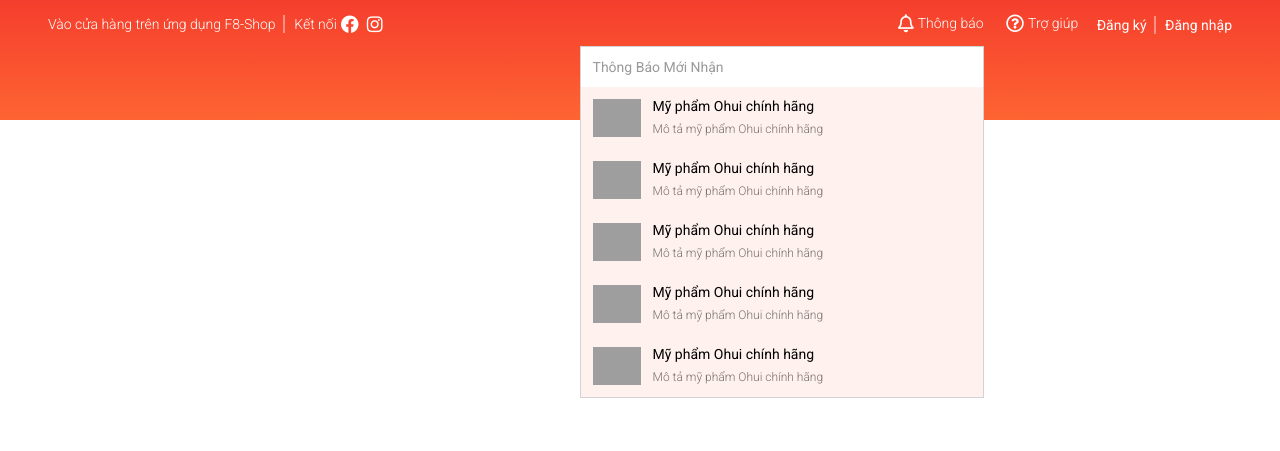
Repository: vanntrong/F8-Shop
Page: index.html
An editor plug-in stored every save of this project. The page is shown before and after the next save, followed by the edit.
The browser window is 1280 px wide. The pictures show the whole page.
Pictures or frames that could not be fetched are drawn as grey boxes.

Above is the page before, as saved 2021-09-01 18:28:51.

### index.html
<!DOCTYPE html>
<html lang="en">
  <head>
    <meta charset="UTF-8" />
    <meta http-equiv="X-UA-Compatible" content="IE=edge" />
    <meta name="viewport" content="width=device-width, initial-scale=1.0" />
    <title>Document</title>
    <link rel="stylesheet" href="./assets/css/reset.css" />
    <link rel="stylesheet" href="./assets/css/base.css" />
    <link rel="stylesheet" href="./assets/css/main.css" />
    <link href="https://fonts.googleapis.com/css2?family=Roboto:wght@300;400;500;700&display=swap" rel="stylesheet" />
    <link
      rel="stylesheet"
      href="./assets/fonts/fontawesome-free-5.15.4-web/fontawesome-free-5.15.4-web/css/all.min.css"
    />
  </head>
  <body>
    <div class="app">
      <header class="header">
        <div class="grid">
          <nav class="header__navbar">
            <ul class="header__navbar-list">
              <li class="header__navbar-item header__navbar-item--has-qr header__navbar-item--separate">
                Vào cửa hàng trên ứng dụng F8-Shop
                <div class="header__qr">
                  <img src="./assets/img/QR_code.png" alt="QR code" class="header__qr-img" />
                  <div class="header__qr-apps">
                    <a href="" class="header__qr-link">
                      <img src="./assets/img/google_play.png" alt="GooglePlay" class="header__qr-download-img" />
                    </a>
                    <a href="" class="header__qr-link">
                      <img src="./assets/img/app_store.png" alt="AppStore" class="header__qr-download-img" />
                    </a>
                  </div>
                </div>
              </li>
              <li class="header__navbar-item">
                <span class="header__navbar-item--no-pointer"> Kết nối </span>
                <a href="#" class="header__navbar-icon-link">
                  <i class="header__navbar-icon fab fa-facebook"></i>
                </a>
                <a href="#" class="header__navbar-icon-link">
                  <i class="header__navbar-icon fab fab fa-instagram"></i>
                </a>
              </li>
            </ul>

            <ul class="header__navbar-list">
              <li class="header__navbar-item">
                <a href="#" class="header__navbar-item-link">
                  <i class="header__navbar-icon far fa-bell"></i>
                  Thông báo
                </a>
                <div class="header__notify">
                  <header class="header__notify-header">
                    <h3>Thông Báo Mới Nhận</h3>
                  </header>
                  <ul class="header__notify-list">
                    <li class="header__notify-item header__notify-item--viewed">
                      <a href="#" class="header__notify-link">
                        <img
                          src="https://cf.shopee.vn/file/70488a103a5ecdbf5889822acd19ef14"
                          alt=""
                          class="header__notify-img"
                        />
                        <div class="header__notify-info">
                          <span class="header__notify-name"> Mỹ phẩm Ohui chính hãng </span>
                          <span class="header__notify-desc"> Mô tả mỹ phẩm Ohui chính hãng </span>
                        </div>
                      </a>
                    </li>
                    <li class="header__notify-item header__notify-item--viewed">
                      <a href="#" class="header__notify-link">
                        <img
                          src="https://cf.shopee.vn/file/70488a103a5ecdbf5889822acd19ef14"
                          alt=""
                          class="header__notify-img"
                        />
                        <div class="header__notify-info">
                          <span class="header__notify-name"> Mỹ phẩm Ohui chính hãng </span>
                          <span class="header__notify-desc"> Mô tả mỹ phẩm Ohui chính hãng </span>
                        </div>
                      </a>
                    </li>
                    <li class="header__notify-item header__notify-item--viewed">
                      <a href="#" class="header__notify-link">
                        <img
                          src="https://cf.shopee.vn/file/70488a103a5ecdbf5889822acd19ef14"
                          alt=""
                          class="header__notify-img"
                        />
                        <div class="header__notify-info">
                          <span class="header__notify-name"> Mỹ phẩm Ohui chính hãng </span>
                          <span class="header__notify-desc"> Mô tả mỹ phẩm Ohui chính hãng </span>
                        </div>
                      </a>
                    </li>
                    <li class="header__notify-item header__notify-item--viewed">
                      <a href="#" class="header__notify-link">
                        <img
                          src="https://cf.shopee.vn/file/70488a103a5ecdbf5889822acd19ef14"
                          alt=""
                          class="header__notify-img"
                        />
                        <div class="header__notify-info">
                          <span class="header__notify-name"> Mỹ phẩm Ohui chính hãng </span>
                          <span class="header__notify-desc"> Mô tả mỹ phẩm Ohui chính hãng </span>
                        </div>
                      </a>
                    </li>
                    <li class="header__notify-item header__notify-item--viewed">
                      <a href="#" class="header__notify-link">
                        <img
                          src="https://cf.shopee.vn/file/70488a103a5ecdbf5889822acd19ef14"
                          alt=""
                          class="header__notify-img"
                        />
                        <div class="header__notify-info">
                          <span class="header__notify-name"> Mỹ phẩm Ohui chính hãng </span>
                          <span class="header__notify-desc"> Mô tả mỹ phẩm Ohui chính hãng </span>
                        </div>
                      </a>
                    </li>
                  </ul>
                </div>
              </li>
              <li class="header__navbar-item">
                <a href="#" class="header__navbar-item-link">
                  <i class="header__navbar-icon far fa-question-circle"></i>
                  Trợ giúp
                </a>
              </li>
              <li class="header__navbar-item header__navbar-item--strong header__navbar-item--separate">Đăng ký</li>
              <li class="header__navbar-item header__navbar-item--strong">Đăng nhập</li>
            </ul>
          </nav>
        </div>
      </header>

      <div class="container"></div>

      <footer class="footer"></footer>
    </div>
  </body>
</html>

### assets/css/base.css
:root {
  --white-color: #fff;
  --black-color: #000;
  --text-color: #333;
  --primary-color: #ee4d2d;
}

* {
  box-sizing: inherit;
}

html {
  font-size: 62.5%;
  line-height: 1.6rem;
  font-family: "Roboto", sans-serif;
  box-sizing: border-box;
}

.grid {
  width: 1200px;
  max-width: 100%;
  margin: 0 auto;
}

.grid__full-width {
  width: 100%;
}

.grid__row {
  display: flex;
  flex-wrap: wrap;
}

/* animation */
@keyframes faceIn {
  from {
    opacity: 0;
  }
  to {
    opacity: 1;
  }
}

### assets/css/main.css
.header {
  height: 12rem;
  background-image: linear-gradient(0, #fe6432, #f53e2d);
}

.header__navbar {
  display: flex;
  align-items: center;
  justify-content: space-between;
}

.header__navbar-list {
  list-style: none;
}

.header__navbar-item {
  min-height: 2.6rem;
  margin: 1rem 0.8rem 0;
  position: relative;
}

.header__navbar-item,
.header__navbar-item-link {
  display: inline-block;
  font-size: 1.4rem;
  color: var(--white-color);
  text-decoration: none;
  font-weight: 300;
}

.header__navbar-item,
.header__navbar-item-link,
.header__navbar-icon-link {
  display: inline-flex;
  align-items: center;
}

.header__navbar-item:hover,
.header__navbar-icon-link:hover,
.header__navbar-item-link:hover {
  cursor: pointer;
  color: rgba(255, 255, 255, 0.7);
}

.header__navbar-item--strong {
  font-weight: 400;
}

.header__navbar-item--separate::after {
  content: "";
  display: block;
  position: absolute;
  border: 1px solid #fb9086;
  height: 1.6rem;
  right: -0.9rem;
  top: 50%;
  transform: translateY(-50%);
}

.header__navbar-icon-link {
  color: var(--white-color);
  text-decoration: none;
}

.header__navbar-icon {
  font-size: 1.8rem;
  margin: 0 0.4rem;
}

.header__navbar-item--no-pointer {
  cursor: text;
  color: var(--white-color);
}

/* header QR code */
.header__qr {
  width: 18.6rem;
  background-color: var(--white-color);
  position: absolute;
  left: 0;
  top: 140%;
  border-radius: 2px;
  display: none;
  animation: faceIn ease-in 0.25s;
}

.header__qr::before {
  position: absolute;
  left: 0;
  top: -1.6rem;
  width: 100%;
  height: 2rem;
  content: "";
  display: block;
}

.header__navbar-item--has-qr:hover .header__qr {
  display: block;
}
.header__qr-img {
  width: 100%;
}
.header__qr-apps {
  display: flex;
  justify-content: space-between;
  flex-wrap: wrap;
  margin: 0 1rem;
}
.header__qr-download-img {
  height: 1.6rem;
}

/* header notification */
.header__notify {
  position: absolute;
  top: 140%;
  right: 0;
  width: 40.4rem;
  border: 1px solid #d3d3d3;
  background-color: var(--white-color);
}
.header__notify-header {
  height: 4rem;
  background-color: var(--white-color);
}
.header__notify-header h3 {
  color: #999;
  margin: 0 0 0 12px;
  font-weight: 400;
  font-size: 1.4rem;
  line-height: 40px;
}
.header__notify-list {
  padding-left: 0;
}
.header__notify-item {
}

.header__notify-item--viewed {
  background-color: rgba(238, 77, 45, 0.08);
}
.header__notify-item:hover {
  background-color: #f7f7f7;
}
.header__notify-link {
  width: 100%;
  display: flex;
  padding: 12px;
  text-decoration: none;
}
.header__notify-img {
  width: 48px;
}
.header__notify-info {
  margin-left: 12px;
}
.header__notify-name {
  display: block;
  font-size: 1.4rem;
  color: var(--black-color);
  font-weight: 400;
}
.header__notify-desc {
  margin-top: 8px;
  display: block;
  font-size: 1.2rem;
  line-height: 1.6rem;
  color: #756f6e;
}

Loaded but not shown: assets/css/reset.css (common file); assets/fonts/fontawesome-free-5.15.4-web/fontawesome-free-5.15.4-web/css/all.min.css (library)

After the next save:
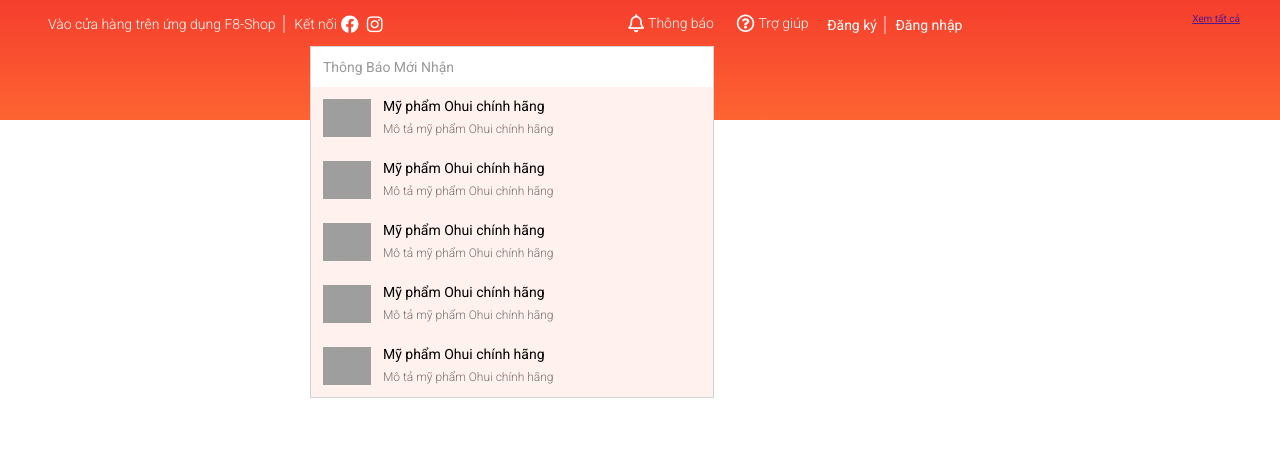
Saved 115 s later.
--- a/index.html
+++ b/index.html
@@ -133,6 +133,9 @@
               <li class="header__navbar-item header__navbar-item--strong header__navbar-item--separate">Đăng ký</li>
               <li class="header__navbar-item header__navbar-item--strong">Đăng nhập</li>
             </ul>
+            <footer class="header__notify-footer">
+              <a href="" class="header__notify-footer-btn">Xem tất cả</a>
+            </footer>
           </nav>
         </div>
       </header>

After the 3 saves that followed:
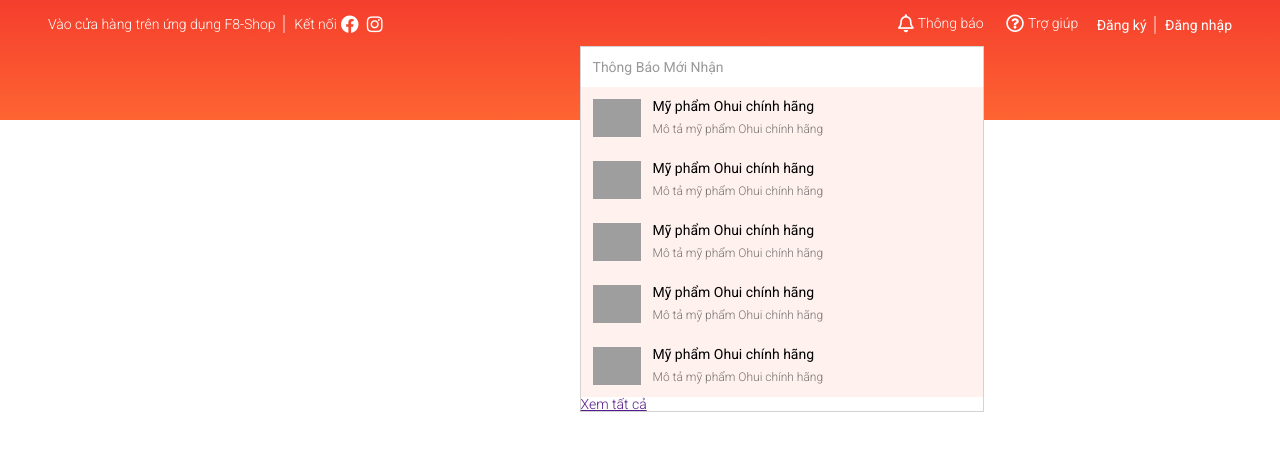
The 3 saves are shown as one change because 2 left the picture as it was.
The last was saved 87 s later.
--- a/index.html
+++ b/index.html
@@ -122,6 +122,9 @@
                       </a>
                     </li>
                   </ul>
+                  <footer class="header__notify-footer">
+                    <a href="" class="header__notify-footer-btn">Xem tất cả</a>
+                  </footer>
                 </div>
               </li>
               <li class="header__navbar-item">
@@ -133,9 +136,6 @@
               <li class="header__navbar-item header__navbar-item--strong header__navbar-item--separate">Đăng ký</li>
               <li class="header__navbar-item header__navbar-item--strong">Đăng nhập</li>
             </ul>
-            <footer class="header__notify-footer">
-              <a href="" class="header__notify-footer-btn">Xem tất cả</a>
-            </footer>
           </nav>
         </div>
       </header>
--- a/assets/css/main.css
+++ b/assets/css/main.css
@@ -167,3 +167,10 @@
   line-height: 1.6rem;
   color: #756f6e;
 }
+
+.header__notify-footer {
+}
+
+.header__notify-footer-btn {
+  text-align: center;
+}
